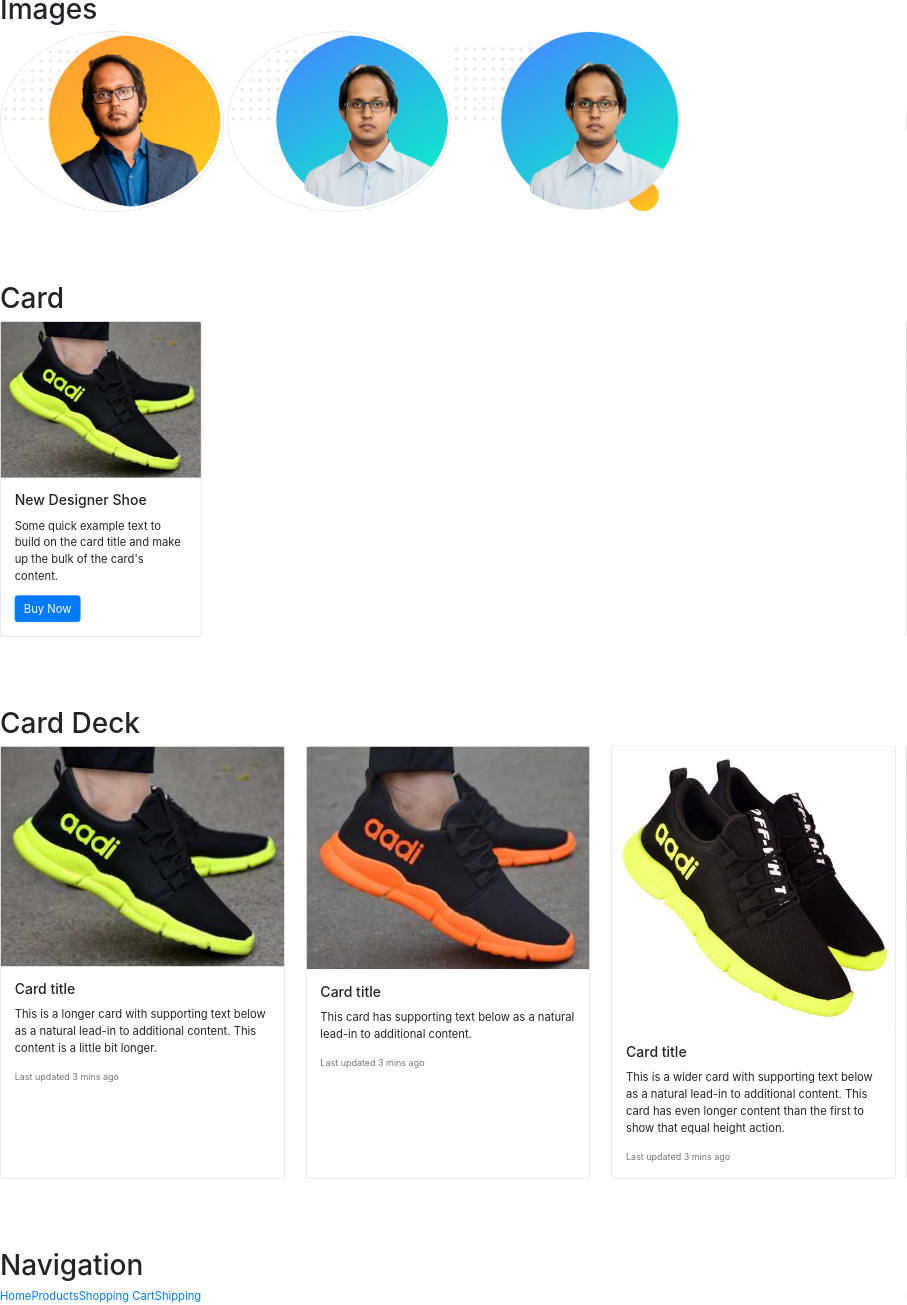
Repository: mohsinfarabi/bootstrap-practice
Page: index.html
The author's editor kept a copy of each file at every save. The page is drawn from the files as they stood at one save, then again after the next save.
The browser window is 1280 px wide. The page is 1295 px wide, so the pictures cover 1295 px, including what lies to the right of the window. The pictures show the part of the page from y = 1181 to 3061 px (the page is 3045 px tall before and 3061 px after), at 70% of full size.

Above is the page before, as saved 2020-07-06 03:19:24.

### index.html
<!DOCTYPE html>
<html lang="en">

<head>
    <meta charset="UTF-8">
    <meta name="viewport" content="width=device-width, initial-scale=1.0">
    <title>Document</title>
    <link rel="stylesheet" href="css\bootstrap\css\bootstrap.min.css">
    <style>
        h1 {
            margin-top: 100px;
        }
    </style>
</head>

<body>
    <h1>Hello From Bootstrap</h1>
    <h1>Buttons</h1>
    <button class="btn btn-primary">My Button</button>
    <button class="btn btn-secondary">My Secondary</button>
    <button class="btn btn-success">Success</button>
    <button class="btn btn-warning">Warning</button>
    <button class="btn btn-danger">Danger</button>

    <h1>Colors</h1>
    <p class="text-primary">This is my first paragraph</p>
    <p class="text-danger">I am the dangerman</p>

    <h1>Backgrounds</h1>
    <div class="bg-primary text-white">
        <h1>My news</h1>
        <p>I am Learning Bootstrap</p>
    </div>
    <div class="bg-warning text-white">
        <h1>My Hobby</h1>
        <p>Scroll facebook and watch moview</p>
    </div>

    <h1>Images</h1>
    <img src="images/profile1.png" class="img-fluid w-25 rounded-circle img-thumbnail" alt="">
    <img src="images/profile2.png" class="img-fluid w-25 rounded-circle img-thumbnail" alt="">
    <img src="images/profile2.png" class="img-fluid w-25" alt="">

    <h1>Card</h1>
    <div class="card" style="width: 18rem;">
        <img src="images/card1.jpeg" class="card-img-top" alt="...">
        <div class="card-body">
            <h5 class="card-title">New Designer Shoe</h5>
            <p class="card-text">Some quick example text to build on the card title and make up the bulk of the card's content.</p>
            <a href="#" class="btn btn-primary">Buy Now</a>
        </div>
    </div>
    <h1>Card Deck</h1>
    <div class="card-deck">
        <div class="card">
            <img src="images/card1.jpeg" class="card-img-top" alt="...">
            <div class="card-body">
                <h5 class="card-title">Card title</h5>
                <p class="card-text">This is a longer card with supporting text below as a natural lead-in to additional content. This content is a little bit longer.</p>
                <p class="card-text"><small class="text-muted">Last updated 3 mins ago</small></p>
            </div>
        </div>
        <div class="card">
            <img src="images/card2.jpeg" class="card-img-top" alt="...">
            <div class="card-body">
                <h5 class="card-title">Card title</h5>
                <p class="card-text">This card has supporting text below as a natural lead-in to additional content.</p>
                <p class="card-text"><small class="text-muted">Last updated 3 mins ago</small></p>
            </div>
        </div>
        <div class="card">
            <img src="images/card4.jpg" class="card-img-top" alt="...">
            <div class="card-body">
                <h5 class="card-title">Card title</h5>
                <p class="card-text">This is a wider card with supporting text below as a natural lead-in to additional content. This card has even longer content than the first to show that equal height action.</p>
                <p class="card-text"><small class="text-muted">Last updated 3 mins ago</small></p>
            </div>
        </div>
    </div>
    <h1>Navigation</h1>
    <nav class="nav">
        <a href="">Home</a>
        <a href="">Products</a>
        <a href="">Shopping Cart</a>
        <a href="">Shipping</a>
    </nav>
</body>

</html>

Loaded but not shown: css/bootstrap/css/bootstrap.min.css (library)

After the next save:
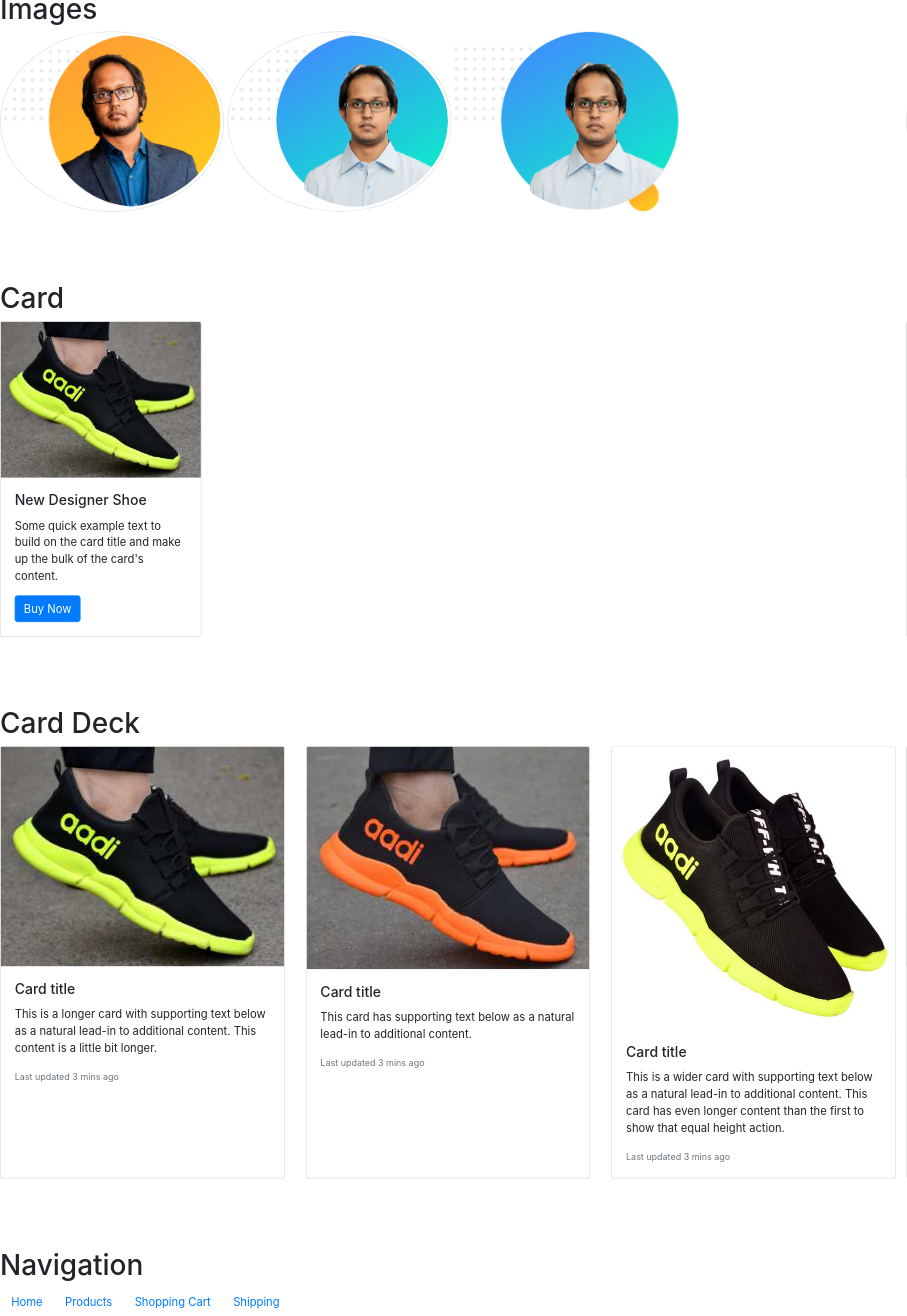
Saved 31 s later.
--- a/index.html
+++ b/index.html
@@ -79,10 +79,10 @@
     </div>
     <h1>Navigation</h1>
     <nav class="nav">
-        <a href="">Home</a>
-        <a href="">Products</a>
-        <a href="">Shopping Cart</a>
-        <a href="">Shipping</a>
+        <a class="nav-link" href="">Home</a>
+        <a class="nav-link" href="">Products</a>
+        <a class="nav-link" href="">Shopping Cart</a>
+        <a class="nav-link" href="">Shipping</a>
     </nav>
 </body>
 
